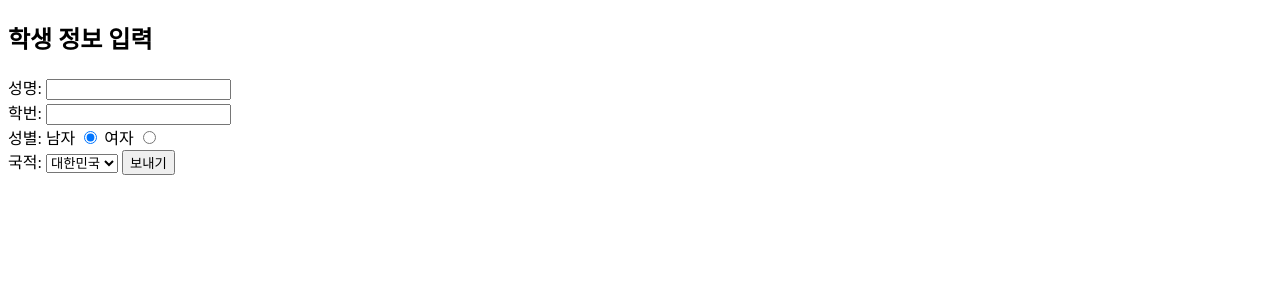
Repository: jemin7709/InternetProgramming2
Page: Pj/WebContent/request.html
An editor plug-in stored every save of this project. The page is shown before and after the next save, followed by the edit.
The browser window is 1280 px wide. The pictures show the whole page.

Above is the page before, as saved 2021-05-13 08:30:08.

### Pj/WebContent/request.html
<!DOCTYPE html>
<html>
<head>
<meta charset="UTF-8">
<title>Insert title here</title>
</head>
<body>
	<h2>학생 정보 입력</h2>
	<form method="post" action="request.jsp">
		성명: <input type="text" name="name"><br>
		학번: <input type="text" name="studentNum"><br>
		성별: 남자 <input type="radio" name="sex" value="man" checked="checked">
			 여자 <input type="radio" name="sex" value="woman"><br>
		국적: <select name="country">
			<option value="대한민국" selected="selected">대한민국</option>
			<option value="일본">일본</option>
			<option value="중국">중국</option>
			<option value="터키">터키</option>
			<option value="태국">태국</option>
		</select>
		<input type="submit" value="보내기">
	</form>
</body>
</html>

After the next save:
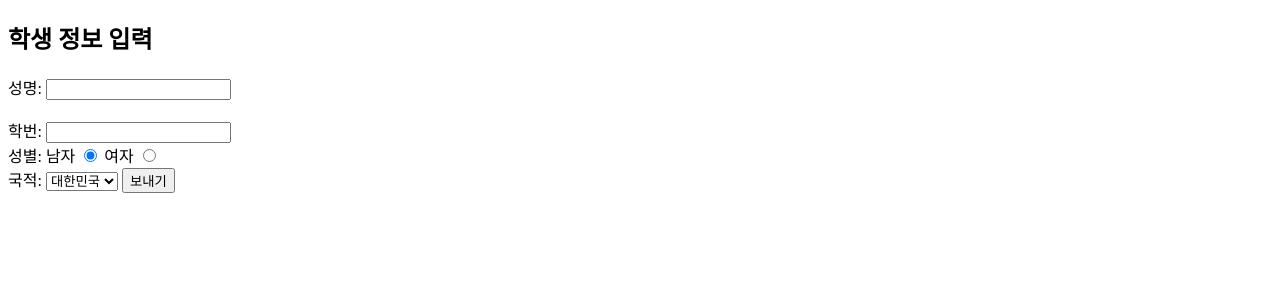
Saved 104 s later.
--- a/Pj/WebContent/request.html
+++ b/Pj/WebContent/request.html
@@ -7,7 +7,7 @@
 <body>
 	<h2>학생 정보 입력</h2>
 	<form method="post" action="request.jsp">
-		성명: <input type="text" name="name"><br>
+		성명: <input type="text" name="name"><br><br>
 		학번: <input type="text" name="studentNum"><br>
 		성별: 남자 <input type="radio" name="sex" value="man" checked="checked">
 			 여자 <input type="radio" name="sex" value="woman"><br>
